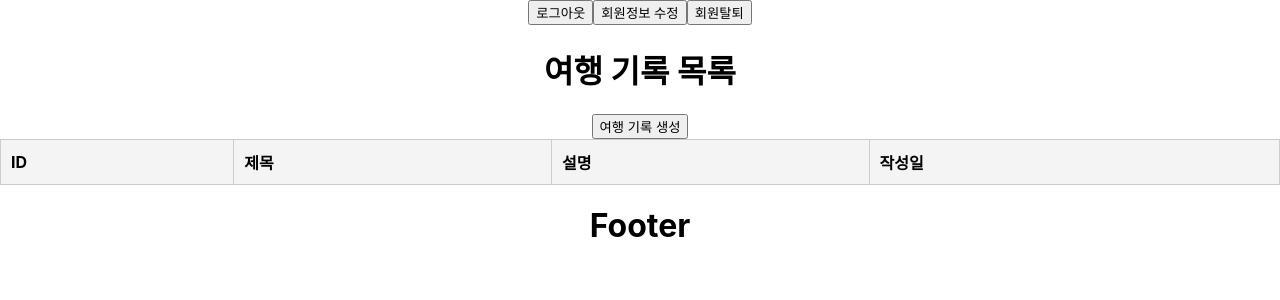
Repository: gimm5550/frontend2
Page: /mainlist
An editor plug-in stored every save of this project. The page is shown before and after the next save, followed by the edit.
The browser window is 1280 px wide. The pictures show the whole page.
The page's requests for data from a server got no answer. The project was rebuilt for these pictures with package versions that can differ from the ones it lists, and the page was loaded fresh each time. No one was signed in, and anything a server would have sent is missing. Also part of the build but not shown: src/url.js, src/components/common/KakaoLoginButton.js, src/components/FromServer.js, src/components/UserDetail.js, src/components/layout/LandingPageLayout.js, src/components/layout/UserDetailLayout.js, src/components/LoginForm.js, src/components/layout/LoginFormLayout.js and 12 more.

Above is the page before, as saved 2024-11-16 16:52:46.

### public/index.html
<!DOCTYPE html>
<html lang="en">
  <head>
    <meta charset="utf-8" />
    <link rel="icon" href="%PUBLIC_URL%/favicon.ico" />
    <meta name="viewport" content="width=device-width, initial-scale=1" />
    <meta name="theme-color" content="#000000" />
    <meta
      name="description"
      content="Web site created using create-react-app"
    />
    <link rel="apple-touch-icon" href="%PUBLIC_URL%/logo192.png" />
    <!--
      manifest.json provides metadata used when your web app is installed on a
      user's mobile device or desktop. See https://developers.google.com/web/fundamentals/web-app-manifest/
    -->
    <link rel="manifest" href="%PUBLIC_URL%/manifest.json" />
    <!--
      Notice the use of %PUBLIC_URL% in the tags above.
      It will be replaced with the URL of the `public` folder during the build.
      Only files inside the `public` folder can be referenced from the HTML.

      Unlike "/favicon.ico" or "favicon.ico", "%PUBLIC_URL%/favicon.ico" will
      work correctly both with client-side routing and a non-root public URL.
      Learn how to configure a non-root public URL by running `npm run build`.
    -->
    <title>React App</title>
    <script src="https://developers.kakao.com/sdk/js/kakao.min.js"></script> <!-- 카카오 SDK 추가 -->
  </head>
  <body>
    <noscript>You need to enable JavaScript to run this app.</noscript>
    <div id="root"></div>
    <!--
      This HTML file is a template.
      If you open it directly in the browser, you will see an empty page.

      You can add webfonts, meta tags, or analytics to this file.
      The build step will place the bundled scripts into the <body> tag.

      To begin the development, run `npm start` or `yarn start`.
      To create a production bundle, use `npm run build` or `yarn build`.
    -->
  </body>
</html>

### src/index.js
import React from 'react';
import ReactDOM from 'react-dom/client';
import './index.css';
import App from './App';
import reportWebVitals from './reportWebVitals';
import { BrowserRouter } from 'react-router-dom';
// 카카오 SDK 초기화
if (window.Kakao) {
  window.Kakao.init("629a046bf0fa611328bd69bc1571aa3a"); // 카카오 JavaScript 키로 SDK 초기화
  console.log("Kakao SDK initialized:", window.Kakao.isInitialized());
}
const root = ReactDOM.createRoot(document.getElementById('root'));
root.render(
  <React.StrictMode>
    <BrowserRouter>
      <App />
    </BrowserRouter>
  </React.StrictMode>
);

// If you want to start measuring performance in your app, pass a function
// to log results (for example: reportWebVitals(console.log))
// or send to an analytics endpoint. Learn more: https://bit.ly/CRA-vitals
reportWebVitals();

### src/App.js
import React from 'react';
import './App.css';
import FromServer from './components/FromServer';
import { Route, Routes } from 'react-router-dom';
import UserDetail from './components/UserDetail';
import LandingPageLayout from './components/layout/LandingPageLayout';
import UserDetailLayout from './components/layout/UserDetailLayout';
import routes from './routes';
import { AuthProvider } from './AuthContext'; // AuthProvider import

function App() {
  const getRoutes = (allRoutes) =>
    allRoutes.map((route) => {
      if (route.route) {
        return (
          <Route
            exact
            path={route.route}
            element={route.component}
            key={route.key}
          />
        );
      }
      return null;
    });

  return (
    <div className="App">
      <AuthProvider> {/* AuthProvider로 전체 애플리케이션 감싸기 */}
        <Routes>
          {getRoutes(routes)}
          <Route path='*' element={<LandingPageLayout />} />
        </Routes>
      </AuthProvider>
    </div>
  );
}

export default App;

### src/routes.js
import LoginFormLayout from "./components/layout/LoginFormLayout";
import UserDetailLayout from "./components/layout/UserDetailLayout";
import RegisterFormLayout from "./components/layout/RegisterFormLayout";
import MainListLayout from "./components/layout/MainListLayout"; // community_detail
import CommunityDetailLauout from "./components/layout/community_detailLayout";
import NewCommunityLayout from "./components/layout/NewCommunityLayout";
import CommunityViewLayout from "./components/layout/CommunityViewLayout"; // AdminClient
import AdminClientLayout from "./components/layout/AdminClientLayout";
import EditFormLayout from "./components/layout/EditFormLayout";
const routes = [
    {
        name:"UserDetail",
        key:"userDetail",
        route:"/user-detail/:userId",
        component:<UserDetailLayout></UserDetailLayout>
    },
    {
        name:"LoginForm",
        key:"loginForm",
        route:"/login",
        component:<LoginFormLayout></LoginFormLayout>
    },
    {
        name:"RegisterForm",
        key:"RegisterForm",
        route:"/register",
        component:<RegisterFormLayout></RegisterFormLayout>
    },
    {
        name:"MainList",
        key:"MainList",
        route:"/mainlist",
        component:<MainListLayout></MainListLayout>
    },
    {
        name:"community_detail",
        key:"community_detail",
        route:"/community_detail",
        component:<CommunityDetailLauout></CommunityDetailLauout>
    },
    {
        name:"new_community",
        key:"new_community",
        route:"/new_community",
        component:<NewCommunityLayout></NewCommunityLayout>
    },
    {
        name:"CommunityView",
        key:"CommunityView",
        route:"/CommunityView",
        component:<CommunityViewLayout></CommunityViewLayout>
    },
    {
        name: "CommunityView",
        key: "communityView",
        route: "/CommunityView/:id", // ID를 URL 매개변수로 받도록 수정
        component: <CommunityViewLayout></CommunityViewLayout>
    },
    {
        name: "AdminClient",
        key: "AdminClient",
        route: "/AdminClient/:id", // ID를 URL 매개변수로 받도록 수정
        component: <AdminClientLayout></AdminClientLayout>
    },
    {
        name: "community_detail",
        key: "community_detail",
        route: '/community_detail/:id', // ID를 URL 매개변수로 받도록 수정
        component: <CommunityDetailLauout></CommunityDetailLauout>
    },
    {
        name: "new_community",
        key: "new_community",
        route: '/new_community/:id', // ID를 URL 매개변수로 받도록 수정 `/CommunityView/${id}/${communityId}`
        component: <NewCommunityLayout></NewCommunityLayout>
    },
    {
        name: "new_community",
        key: "new_community",
        route: '/CommunityView/:id/:communityId',
        component: <CommunityViewLayout></CommunityViewLayout>
    },
    {
        name:"EditForm",
        key:"EditForm",
        route:"/edit_info",
        component:<EditFormLayout></EditFormLayout>
    },
]
export default routes;

### src/AuthContext.js
import React, { createContext, useContext, useState } from 'react';

const AuthContext = createContext();

export const AuthProvider = ({ children }) => {
    const [user, setUser] = useState(null); // 로그인한 사용자 정보를 저장할 상태

    const login = (userData) => {
        setUser(userData); // 로그인 시 사용자 정보 저장
    };

    const logout = () => {
        setUser(null); // 로그아웃 시 사용자 정보 초기화
    };

    return (
        <AuthContext.Provider value={{ user, login, logout }}>
            {children}
        </AuthContext.Provider>
    );
};

// 사용자 정보를 가져오는 커스텀 훅
export const useAuth = () => {
    return useContext(AuthContext);
};

### src/api.js
import axios from 'axios';
//114.204.175.6
//172.30.126.174
const instance = axios.create({
    baseURL: 'http://172.30.126.174:8080',
    timeout: 10000
});

export default {


    login(id, pw) {
        console.log("login api 실행됨")
        return instance.post('/api/users/login', { userId: id, userPw: pw});
    },

    register(id, pw) {
        return instance.post('/api/users/register', { userId: id, userPw: pw});
    },

    list() {
        return instance.get('/api/list');
    },

    createCommunity(data) {
        return instance.post('/taxi/community', data);
    },

    call(id, startLat, startLng, startAddr, endLat, endLng, endAddr) {
        return instance.post('/taxi/call', {
            userId: id,
            startLat: startLat,
            startLng: startLng,
            startAddr: startAddr,
            endLat: endLat,
            endLng: endLng,
            endAddr: endAddr
        });
    },

    geoCoding(coords, key) {
        let url = "https://maps.googleapis.com/maps/api/geocode/json";
        let lat = coords.latitude;
        let lng = coords.longitude;

        return axios.get(`${url}?latlng=${lat},${lng}&key=${key}&language=ko`);
    },

    // 커뮤니티 상세보기 API
    getCommunityDetail(communityId) {
        console.log("communityId:", communityId);
        return instance.get(`/community/${communityId}`);
    },

    // 커뮤니티 삭제 API
    deleteCommunity(communityId) {
        console.log("communityId:", communityId);
        return instance.delete(`/community/${communityId}`);
    },

    editCommunity(communityId, updatedData) {
        console.log("communityId:", communityId);
        console.log("updatedData:", updatedData);  // 수정할 데이터를 콘솔에 출력
        return instance.put(`/community/${communityId}`, updatedData);
    },

    outing(id, title, content, admin_id, member_count){
        console.log("outring함수실행")
        return instance.post('/community', {
            id: id,
            title: title,
            content: content,
            admin_id: admin_id,
            member_count: member_count
        });
    },

    newing(id, title, content, region){
        return instance.post('/new', {
            region: region,
            title: title,
            content: content,
            admin_id: id,
            member_count: 0
        });
    },

    detail_show(id){
        return instance.get(`/detail3/${id}`, {
            id: id
        });
    },

    detail_show2(id, id2){
        console.log("detail_show2실행")
        console.log("id:", id)
        return instance.get(`/detail4/${id}/${id2}`, {
        });
    },

    detail_new(title, content, editor, communityid){
        return instance.post('/detail2', {
            title: title,
            content: content,
            editor: editor,
            communityid: communityid
        });
    },

    detail_delete(id, detail_id) {
        return instance.delete(`/detail2/${id}/${detail_id}`); // URL에 detail_id를 포함시킴
    },

    add_comment(id, communityId, nickname, newComment){
        console.log("add_comment 실행!!")
        return instance.post(`/Comments/${id}/${communityId}`, {
            nickname: nickname,
            content: newComment
        });
    },
    // '/client/:id'
    get_approved_clients(id){
        return instance.get(`/client/${id}`, {
        });
    },

    get_pending_clients(id){
        return instance.get(`/client2/${id}`, {
        });
    },

    reject_client(clientId){
        return instance.delete(`/client2/${clientId}`, {
        });
    },

    expel_client(clientId){
        return instance.delete(`/client/${clientId}`, {
        });
    },

    approve_client(clientId, nickname){
        console.log("approve_client 발동")
        console.log("nickname2:", nickname)
        return instance.post(`/client/${clientId}`, {
            nickname: nickname
        });
    },

    request_join_community(nickname, communityId){
        return instance.post('/client2', {
            nickname: nickname
        });
    },

    get_pending_clients2(user_id){
        return instance.get(`/client3/${user_id}`, {
            user_id : user_id
        });
    },

    edit_info(userId){
        return instance.post('/edit', {
            userId: userId
        });
    },

    fetch_token(response){
        console.log("1")
        return instance.post('/login/success', {response: response});
    },

    getpassword(userId) {
        console.log("Sending userId as query parameter. userId:", userId);

        // userId가 객체일 경우 'id' 값을 추출, 그렇지 않으면 그대로 사용
        const extractedUserId = typeof userId === 'object' && userId.id ? userId.id : userId;

        // 추출된 userId를 URL 인코딩
        const encodedUserId = encodeURIComponent(extractedUserId);

        console.log("Encoded userId:", encodedUserId);

        // 인코딩된 userId를 URL에 포함
        return instance.get(`/api/edit/EditInfo?userId=${encodedUserId}`);
    },
    updateUser(userId2, userPw) {
        return instance.post('/api/edit/realedit',
        {
            userId2: userId2,
            userPw: userPw
        });
    },

    deleteUser(user) {
        return instance.post('/api/edit/delete',
        {
            user: user
        });
    },
    createTravelRecord(title, description) {
        return instance.post('/api/travel-records', { title : title, description : description });
    },
}

### src/components/layout/CommonLayout.js
import Footer from "../common/Footer";
import Header from "../common/Header";
export default function CommonLayout({children}){
    return <div>
            <Header></Header>
            {children}
            <Footer></Footer>
        </div>

}

### src/components/layout/MainListLayout.js
import MainList from "../MainList";
import CommonLayout from "./CommonLayout";
export default function MainListLayout(){
    return<div>
            <CommonLayout>
                <MainList></MainList>
            </CommonLayout>
        </div>

}

### src/components/common/Footer.js
export default function Footer(){
    return<div>
            <h1>Footer</h1>
        </div>
}

### src/components/common/Header.js
import { useNavigate } from 'react-router-dom';
import React, { useEffect, useState } from "react";
import api from '../../api';
export default function Header() {
    const [user, setUser] = useState(null); // 사용자 정보 상태
    const navigate = useNavigate();
    const handleLogout = () => {
        console.log('로그아웃 처리');
        localStorage.removeItem('user'); // 로컬 스토리지에서 사용자 정보 삭제
        navigate('/login');
    };
    useEffect(() => {
        const userData = JSON.parse(localStorage.getItem('user')); // 로컬 스토리지에서 사용자 정보 가져오기
        setUser(userData);
    }, []);

    const handleEditProfile = () => {
        console.log('회원정보 수정 페이지로 이동');
        navigate('/edit_info');
        // 회원정보 수정 로직 추가
        //api.edit_info(user.id);
    };

    const handleDelete = () => {
        if (window.confirm('정말로 회원탈퇴를 하시겠습니까?')) {
            console.log('회원탈퇴 진행 중...');

            api.deleteUser(user.id) // user의 id만 전달
                .then(response => {
                    console.log('회원탈퇴 성공:', response.data);
                    alert('회원탈퇴가 완료되었습니다.');
                    localStorage.removeItem('user'); // 로컬 스토리지에서 사용자 정보 삭제
                    navigate('/login'); // 로그인 페이지로 이동
                })
                .catch(error => {
                    console.error('회원탈퇴 실패:', error);
                    alert('회원탈퇴 처리 중 오류가 발생했습니다.');
                });
        }
    };


    return (
        <div>
            {user && <p>현재 로그인된 아이디: {user.id}</p>}
            <div>
                <button onClick={handleLogout}>로그아웃</button>
                <button onClick={handleEditProfile}>회원정보 수정</button>
                <button onClick={handleDelete}>회원탈퇴</button>
            </div>
        </div>
    );
}

### src/components/MainList.js
import React, { useEffect, useState } from "react";
import api from '../api'; // API 모듈 import
import { useNavigate } from "react-router-dom";
import '../MainList.css'; // CSS 파일 import

export default function MainList() {
    const [travelRecords, setTravelRecords] = useState([]); // 여행 기록 상태
    const [isPopupOpen, setIsPopupOpen] = useState(false); // 팝업 상태
    const [newRecord, setNewRecord] = useState({
        title: '',
        description: ''
    }); // 새로운 여행 기록 상태
    const navigate = useNavigate();

    // 여행 기록 가져오기
    const fetchTravelRecords = () => {
        api.list() // 여행 기록 목록을 가져오는 API 호출
            .then(response => {
                console.log("response!!!:", response)
                const { data } = response.data; // 서버에서 반환된 데이터 구조를 맞춤
                setTravelRecords(data); // 데이터를 상태에 저장
            })
            .catch(err => {
                console.error("여행 기록을 가져오는 중 오류 발생:", err);
            });
    };

    useEffect(() => {
        fetchTravelRecords(); // 컴포넌트가 마운트될 때 여행 기록 목록 가져오기
    }, []);

    const handleInputChange = (e) => {
        const { name, value } = e.target;
        setNewRecord(prevState => ({
            ...prevState,
            [name]: value
        }));
    };

    const handleCreateSubmit = async () => {
        try {
            // 새로운 여행 기록 생성 API 호출
            await api.createTravelRecord(newRecord.title, newRecord.description);
            alert("여행 기록이 생성되었습니다.");
            setIsPopupOpen(false); // 팝업 닫기
            fetchTravelRecords(); // 여행 기록 목록 새로고침
        } catch (err) {
            console.error("여행 기록 생성 중 오류 발생:", err);
            alert("여행 기록 생성 중 오류가 발생했습니다.");
        }
    };

    return (
        <div>
            <h1>여행 기록 목록</h1>
            <button onClick={() => setIsPopupOpen(true)}>여행 기록 생성</button> {/* 여행 기록 생성 버튼 */}
            <table>
                <thead>
                    <tr>
                        <th>ID</th>
                        <th>제목</th>
                        <th>설명</th>
                        <th>작성일</th>
                    </tr>
                </thead>
                <tbody>
                    {travelRecords.map(record => (
                        <tr key={record.id}>
                            <td>{record.id}</td>
                            <td>{record.title}</td>
                            <td>{record.description}</td>
                            <td>{new Date(record.createdDate).toLocaleString()}</td>
                        </tr>
                    ))}
                </tbody>
            </table>

            {/* 팝업창 */}
            {isPopupOpen && (
                <div className="popup-overlay">
                    <div className="popup">
                        <h2>여행 기록 생성</h2>
                        <label>
                            제목:
                            <input
                                type="text"
                                name="title"
                                value={newRecord.title}
                                onChange={handleInputChange}
                            />
                        </label>
                        <label>
                            설명:
                            <textarea
                                name="description"
                                value={newRecord.description}
                                onChange={handleInputChange}
                            />
                        </label>
                        <button onClick={handleCreateSubmit}>생성</button>
                        <button onClick={() => setIsPopupOpen(false)}>취소</button>
                    </div>
                </div>
            )}
        </div>
    );
}

### src/MainList.css
table {
    width: 100%;
    border-collapse: collapse; /* 경계선 겹치지 않도록 설정 */
}

th, td {
    border: 1px solid #ccc; /* 테두리 색상 */
    padding: 10px; /* 여백 */
    text-align: left; /* 왼쪽 정렬 */
}

th {
    background-color: #f4f4f4; /* 헤더 배경색 */
}

tr:hover {
    background-color: #f1f1f1; /* 마우스 오버 시 배경색 */
}
.popup-overlay {
    position: fixed;
    top: 0;
    left: 0;
    right: 0;
    bottom: 0;
    background: rgba(0, 0, 0, 0.5); /* 반투명 배경 */
    display: flex;
    justify-content: center;
    align-items: center;
    z-index: 1000; /* 다른 요소들 위에 위치하게 */
}

.popup {
    background: white;
    padding: 20px;
    border-radius: 5px;
    box-shadow: 0 2px 10px rgba(0, 0, 0, 0.1);
}

label {
    display: block;
    margin-bottom: 10px;
}

input {
    width: 100%;
    padding: 8px;
    margin-top: 5px;
    box-sizing: border-box; /* padding 포함해서 사이즈 조정 */
}
/* MainList.css */

/* 전체 컨테이너 스타일 */
.community-view {
    max-width: 800px; /* 최대 너비 */
    margin: 20px auto; /* 중앙 정렬 */
    padding: 20px; /* 안쪽 여백 */
    border: 1px solid #e0e0e0; /* 테두리 */
    border-radius: 8px; /* 모서리 둥글게 */
    background-color: #ffffff; /* 배경색 */
    box-shadow: 0 2px 10px rgba(0, 0, 0, 0.1); /* 그림자 */
}

/* 제목 스타일 */
.community-view h1 {
    font-size: 2rem; /* 큰 제목 크기 */
    color: #333; /* 제목 색상 */
    margin-bottom: 15px; /* 아래 여백 */
}

/* 부제목 스타일 */
.community-view h2 {
    font-size: 1.5rem; /* 부제목 크기 */
    color: #555; /* 부제목 색상 */
    margin: 10px 0; /* 위아래 여백 */
}

/* 본문 스타일 */
.community-view p {
    font-size: 1rem; /* 본문 크기 */
    color: #666; /* 본문 색상 */
    line-height: 1.5; /* 줄 간격 */
    margin-bottom: 20px; /* 아래 여백 */
}

/* 댓글 목록 스타일 */
.community-view ul {
    list-style-type: none; /* 기본 목록 스타일 제거 */
    padding: 0; /* 기본 여백 제거 */
}

.community-view li {
    background-color: #f9f9f9; /* 댓글 배경 색상 */
    border: 1px solid #e0e0e0; /* 댓글 테두리 */
    border-radius: 5px; /* 댓글 모서리 둥글게 */
    padding: 10px; /* 댓글 안쪽 여백 */
    margin-bottom: 10px; /* 댓글 사이 여백 */
}

/* 댓글 작성 입력창 스타일 */
.community-view input[type="text"] {
    width: 100%; /* 너비 100% */
    padding: 10px; /* 안쪽 여백 */
    border: 1px solid #ccc; /* 테두리 */
    border-radius: 5px; /* 모서리 둥글게 */
    margin-bottom: 10px; /* 아래 여백 */
}

/* 댓글 추가 버튼 스타일 */
.community-view button {
    padding: 10px 15px; /* 안쪽 여백 */
    background-color: #4CAF50; /* 버튼 배경 색상 */
    color: white; /* 글자 색상 */
    border: none; /* 테두리 없음 */
    border-radius: 5px; /* 모서리 둥글게 */
    cursor: pointer; /* 마우스 커서 */
    transition: background-color 0.3s; /* 배경 색상 변화 효과 */
}

.community-view button:hover {
    background-color: #45a049; /* 호버 시 색상 변화 */
}

/* 오류 메시지 스타일 */
.error-message {
    color: red; /* 오류 메시지 색상 */
    font-weight: bold; /* 굵게 */
    margin-bottom: 15px; /* 아래 여백 */
}

/* MainList.css */

/* 전체 컨테이너 스타일 */
.admin-client-container {
    display: flex;
    justify-content: space-between;
    padding: 20px;
}

/* 각 목록 박스 스타일 */
.client-box {
    flex: 1;
    margin: 0 10px; /* 좌우 여백 */
    border: 1px solid #ccc;
    border-radius: 8px;
    padding: 15px;
    background-color: #f9f9f9; /* 연한 배경색 */
    box-shadow: 0 2px 4px rgba(0, 0, 0, 0.1); /* 그림자 효과 */
}

/* 제목 스타일 */
.client-box h2 {
    text-align: center;
    color: #333; /* 제목 색상 */
}

/* 목록 아이템 스타일 */
.client-item {
    display: flex;
    justify-content: space-between;
    align-items: center;
    padding: 8px 0; /* 위아래 여백 */
    border-bottom: 1px solid #eee; /* 구분선 */
}

/* 마지막 아이템 구분선 제거 */
.client-item:last-child {
    border-bottom: none;
}

/* 버튼 스타일 */
.client-item button {
    background-color: #007bff; /* 버튼 색상 */
    color: white;
    border: none;
    border-radius: 5px;
    padding: 5px 10px;
    cursor: pointer;
    transition: background-color 0.3s; /* 색상 변화 효과 */
}

.client-item button:hover {
    background-color: #0056b3; /* 호버 시 색상 변화 */
}

/* 오류 메시지 스타일 */
.error-message {
    color: red; /* 오류 메시지 색상 */
    text-align: center; /* 가운데 정렬 */
    margin-bottom: 10px; /* 아래쪽 여백 */
}

Loaded but not shown: src/index.css (common file); src/reportWebVitals.js (common file); src/App.css (common file)

After the next save:
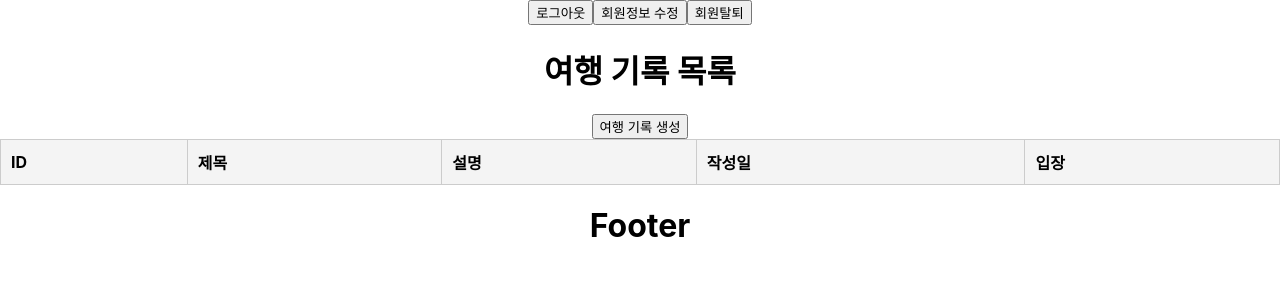
Saved 7 min 9 s later.
--- a/src/components/MainList.js
+++ b/src/components/MainList.js
@@ -50,6 +50,10 @@ export default function MainList() {
         }
     };
 
+    const handleEnterCommunity = (id) => {
+        navigate(`/community_detail/${id}`); // 지정된 경로로 이동
+    };
+
     return (
         <div>
             <h1>여행 기록 목록</h1>
@@ -61,6 +65,7 @@ export default function MainList() {
                         <th>제목</th>
                         <th>설명</th>
                         <th>작성일</th>
+                        <th>입장</th>
                     </tr>
                 </thead>
                 <tbody>
@@ -70,6 +75,9 @@ export default function MainList() {
                             <td>{record.title}</td>
                             <td>{record.description}</td>
                             <td>{new Date(record.createdDate).toLocaleString()}</td>
+                            <td>
+                                <button onClick={() => handleEnterCommunity(record.id)}>입장</button>
+                            </td>
                         </tr>
                     ))}
                 </tbody>
